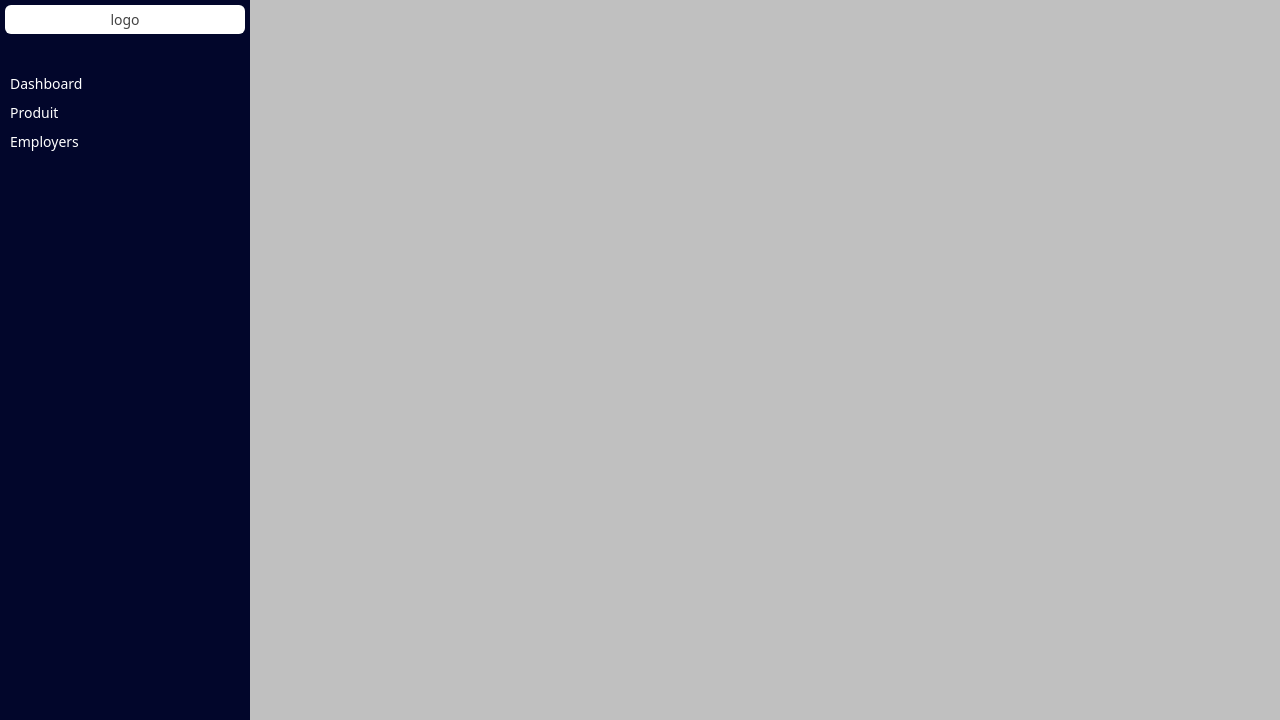
Repository: zpaulange/task_manager
Page: dashboard/index.html
An editor plug-in stored every save of this project. The page is shown before and after a run of saves, followed by the edit.
The browser window is 1280 px wide. The pictures show the whole page.

Above is the page before, as saved 2025-03-06 10:36:33.

### dashboard/index.html
<!DOCTYPE html>
<html lang="en">
<head>
    <meta charset="UTF-8">
    <meta name="viewport" content="width=device-width, initial-scale=1.0">
    <link rel="stylesheet" href="../assets/styles/dashboard/style.css">
    <title>Document</title>
</head>
<body>
  <section class="dashboard">
    <aside class="dashboard_left aside">
      <a href="#" class="aside_logo">logo</a>
      <ul class="aside_menu">
        <li class="aside_list"><a href="#">Dashboard</a></li>
        <li class="aside_list"><a href="#">Produit</a></li>
        <li class="aside_list"><a href="#">Employers</a></li>
      </ul>
    </aside>
    <div class="dashboard_right">
      <nav class="dashbaord_nav">
        <a href="#" class="dashbaord_nav_avatar">
          <span></span>
        </a>
      </nav>
      <main class="main">

      </main>
    </div>
  </section>

</body>
</html>

### assets/styles/dashboard/style.css
*{
  margin:0;
  padding:0;
  box-sizing: border-box;
  position:relative;
  font-family: system-ui, sans-serif;
  font-size: 14px;
  color:#434343;
}
body{
  overflow-x: hidden;
}
a{
  text-decoration: none;
}
a:active, a:hover{
  color:#434343;
}
img{
  width: 100%;
  height: auto;
}
ul li{
  list-style: none;
}

.dashboard{
  min-height: 100vh;
  background-color: silver;
}
.aside{
  width:250px;
  background-color: #02062b;
  height: 100vh;
  position: fixed;
  top:0;
  left:0;
  z-index: 10;
}
.aside_logo{
  display: block;
  text-align: center;
  padding:5px;
  background-color: #fff;
  margin:5px;
  border-radius:6px;
}
.aside_menu{
  margin-top: 35px;
}
.aside_list a{
  display: block;
  color:#fff;
  padding:5px 10px;
}
.dashboard_right{
  padding-left: 250px;
  min-height: 100vh;
}

After the next 2 saves:
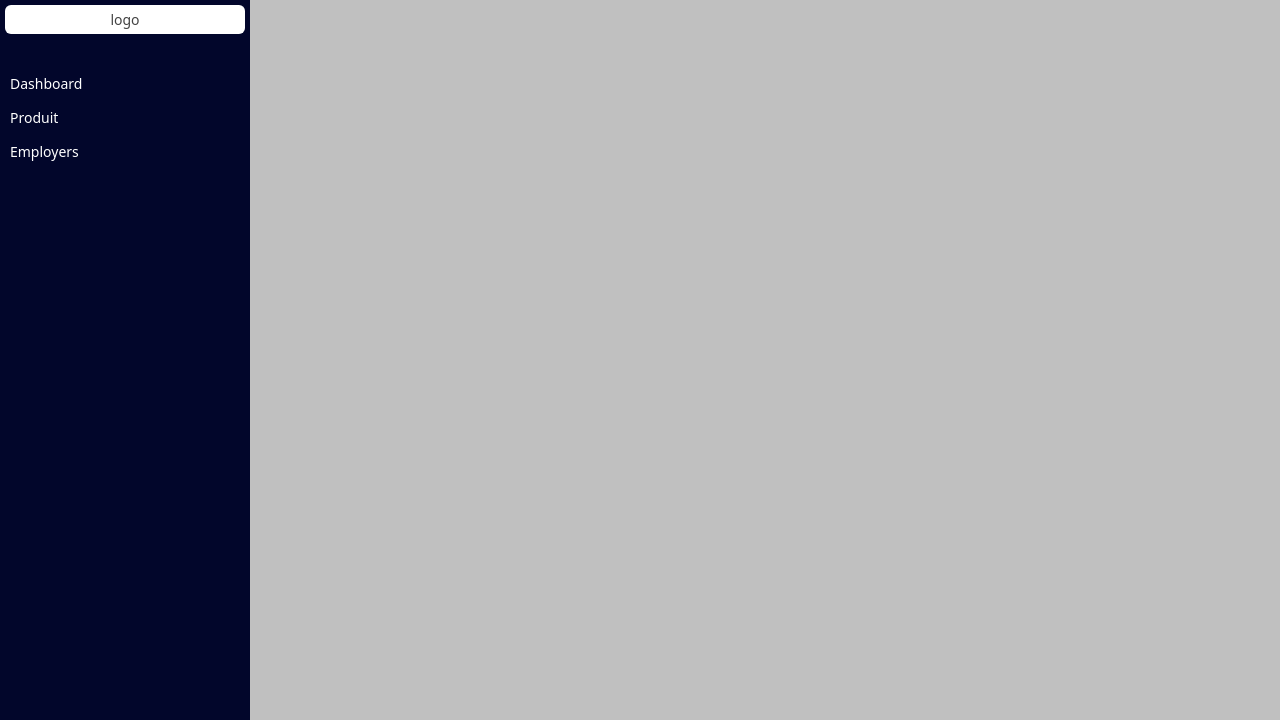
The 2 saves are shown as one change because they came seconds apart.
The last was saved 19 s later.
--- a/assets/styles/dashboard/style.css
+++ b/assets/styles/dashboard/style.css
@@ -48,6 +48,9 @@ ul li{
 .aside_menu{
   margin-top: 35px;
 }
+.aside_list{
+  margin-bottom: 5px;
+}
 .aside_list a{
   display: block;
   color:#fff;
